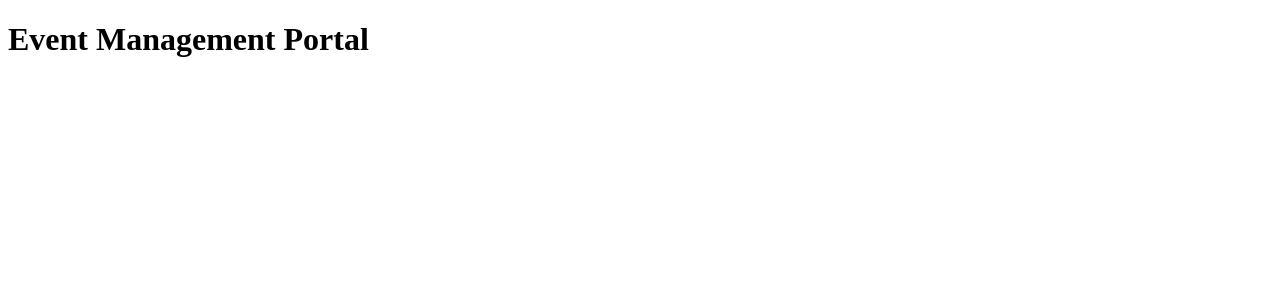
Repository: aradhyakasat/training_projects
Page: http://localhost/event_management/
These files come from the project's save history. The page is drawn as it stood at one moment and after the next save; the edit follows.
The browser window is 1280 px wide. The pictures show the whole page.
The page is served by Tomcat 9. Nobody is signed in. The application's start-up code is not run. Other server files are loaded and not shown.

Above is the page before, as saved 2018-07-31 10:55:55.

### spring-eclipse-workspace/event_management/src/main/webapp/index.jsp
<%@ page language="java" contentType="text/html; charset=ISO-8859-1"
    pageEncoding="ISO-8859-1"%>
<!DOCTYPE html PUBLIC "-//W3C//DTD HTML 4.01 Transitional//EN" "http://www.w3.org/TR/html4/loose.dtd">
<html>
<head>
<meta http-equiv="Content-Type" content="text/html; charset=ISO-8859-1">
<title>Insert title here</title>
</head>
<body>
	<h1>Event Management Portal</h1>

</body>
</html>

After the next save:
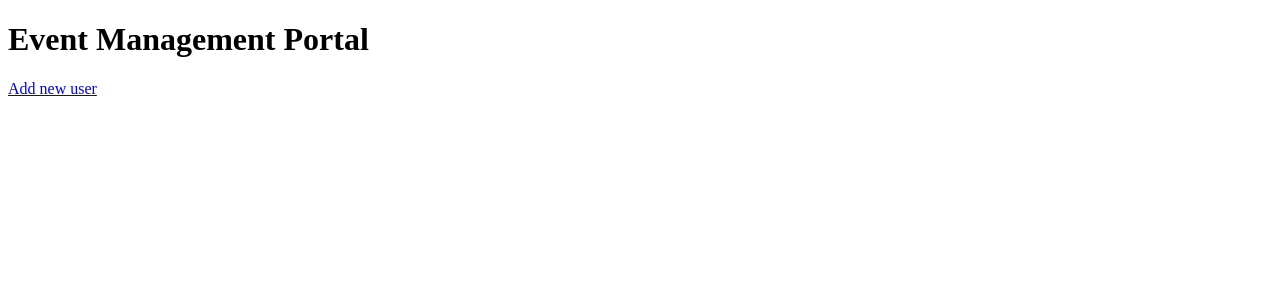
Saved 85 s later.
--- a/spring-eclipse-workspace/event_management/src/main/webapp/index.jsp
+++ b/spring-eclipse-workspace/event_management/src/main/webapp/index.jsp
@@ -8,6 +8,8 @@
 </head>
 <body>
 	<h1>Event Management Portal</h1>
+	<a href="addUser.do">Add new user</a> <br/>
+	<a href=
 
 </body>
 </html>
